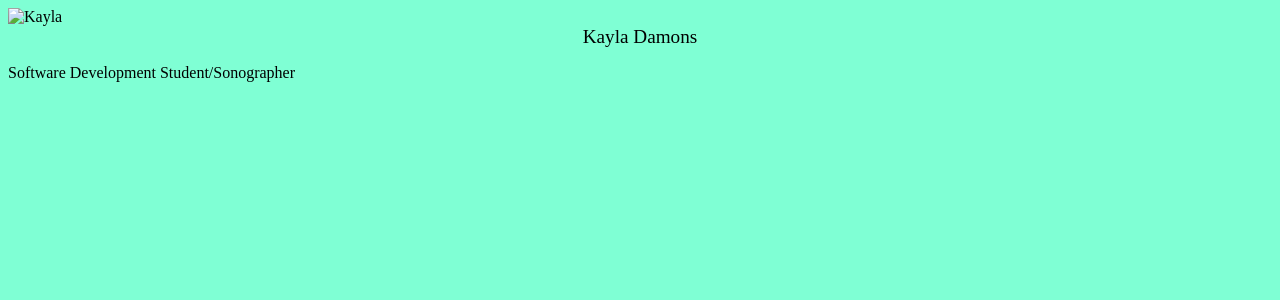
Repository: KaylaDamons/LABlinkinbio
Page: index.html
An editor plug-in stored every save of this project. The page is shown before and after the next save, followed by the edit.
The browser window is 1280 px wide. The pictures show the whole page.

Above is the page before, as saved 2024-01-14 12:09:33.
Not found: 8B2BA252-CB20-4D3B-8FEC-F8A474BC7D2E_1_201_a.jpeg

### index.html
<!DOCTYPE html>
<html lang="en">
<head>
  <meta charset="UTF-8">
  <meta name="viewport" content="width=device-width, initial-scale=1.0">
  <title>Document</title>
</head>
<script src="main.js"></script>

<body>
  <div>

    <img src="8B2BA252-CB20-4D3B-8FEC-F8A474BC7D2E_1_201_a.jpeg" alt="Kayla" style="width:500px;height:600px;">



  <header>Kayla Damons</header>
  <p>Software Development Student/Sonographer</p>
  <nav class="navbar navbar-expand-lg navbar-dark primary-color fixed-top">

  </div>
</body>
<link rel="stylesheet" href="main.css">
</html>

### main.css
body {
  background-color: aquamarine;
}
header {
   font-size: larger;
   text-align: center;
}
p {
  align-items: center;
}

Loaded but not shown: main.js (common file)

After the next save:
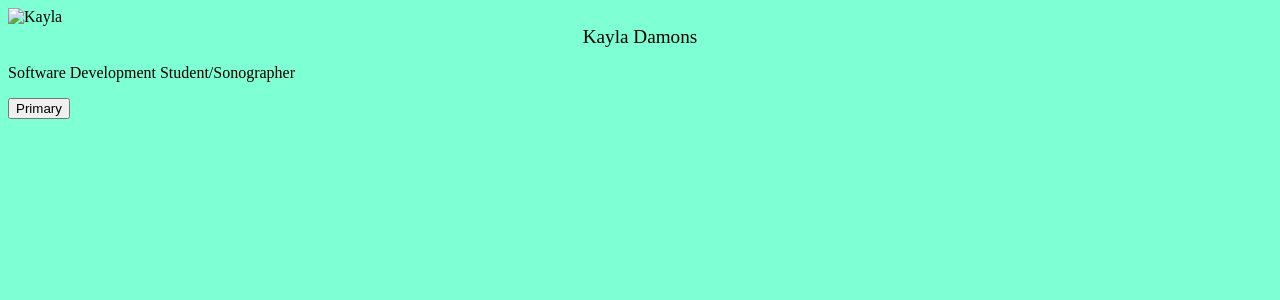
Saved 4 min 16 s later.
--- a/index.html
+++ b/index.html
@@ -9,14 +9,13 @@
 
 <body>
   <div>
-
     <img src="8B2BA252-CB20-4D3B-8FEC-F8A474BC7D2E_1_201_a.jpeg" alt="Kayla" style="width:500px;height:600px;">
 
 
 
   <header>Kayla Damons</header>
   <p>Software Development Student/Sonographer</p>
-  <nav class="navbar navbar-expand-lg navbar-dark primary-color fixed-top">
+ <div><button type="button" class="btn btn-primary">Primary</button></div>
 
   </div>
 </body>
